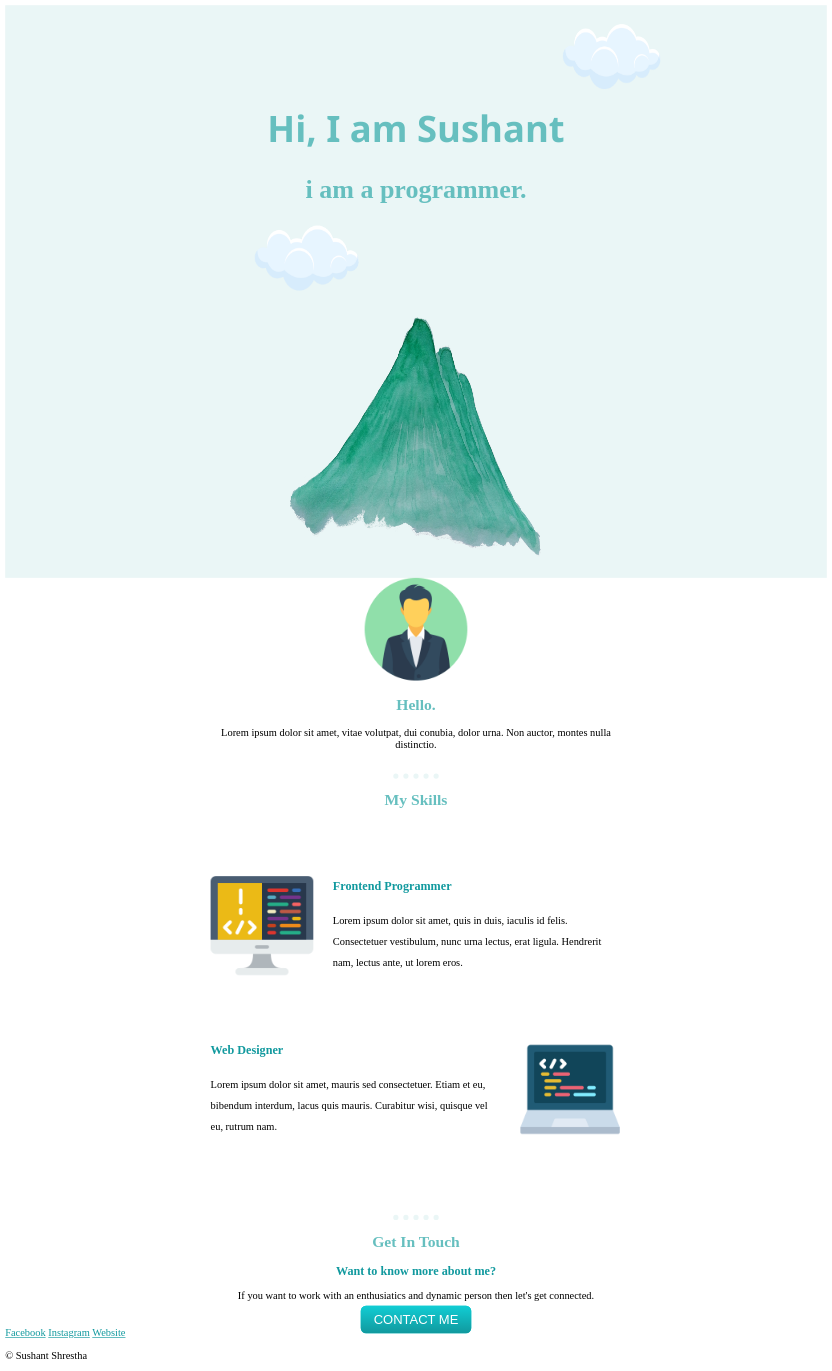
Repository: Sushant203/myPersonalSite
Page: index.html
These files come from the project's save history. The page is drawn as it stood at one moment and after the next save; the edit follows.
The browser window is 1280 px wide. The pictures show the whole page, at 65% of full size.

Above is the page before, as saved 2022-12-13 19:15:13.

After the next save:
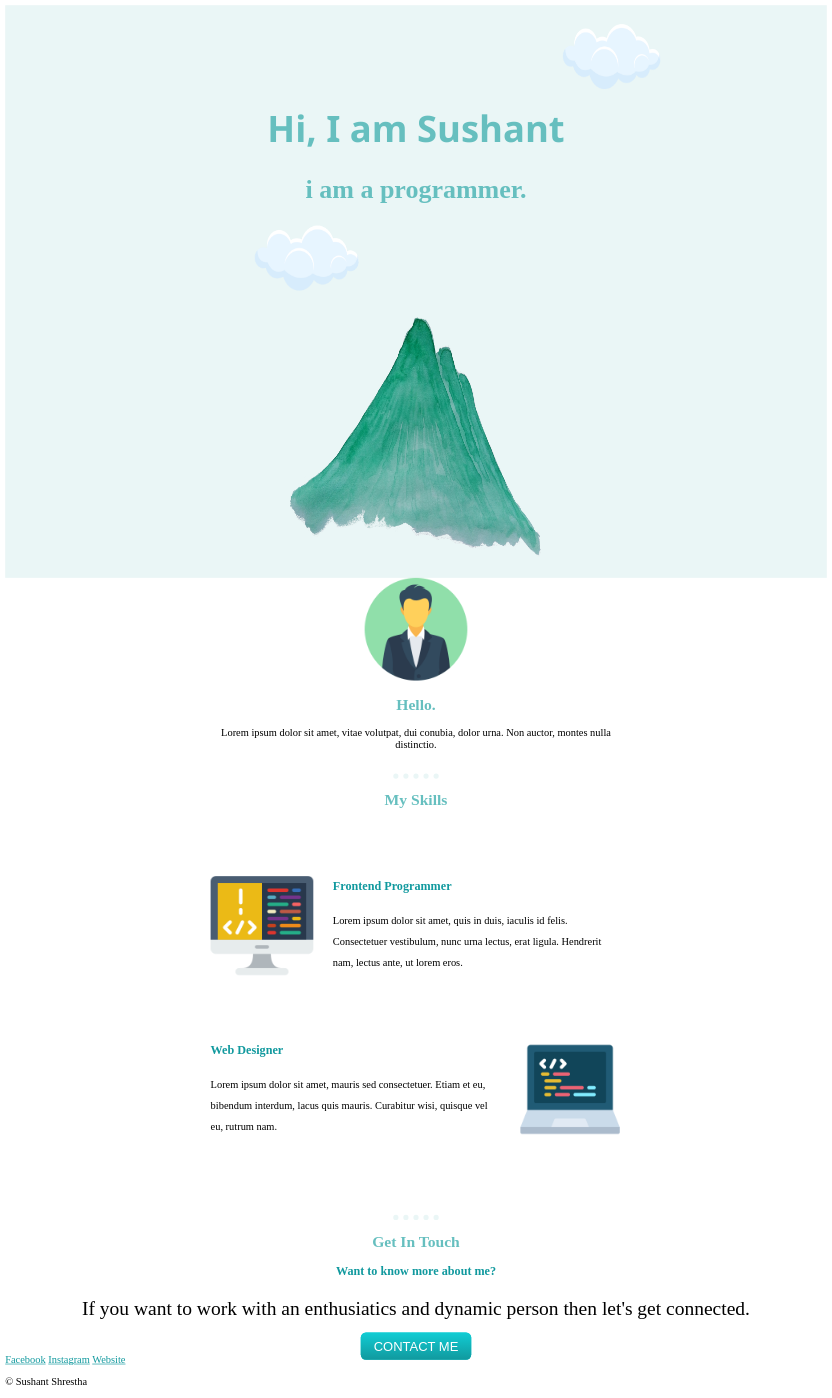
Saved 4 s later.
--- a/css/style.css
+++ b/css/style.css
@@ -118,7 +118,7 @@
     text-align: center;
 }
 .text{
-    font-size: 30;
+    font-size: 30px;
 }
 
 /* BUTTON CSS */

After the save that followed:
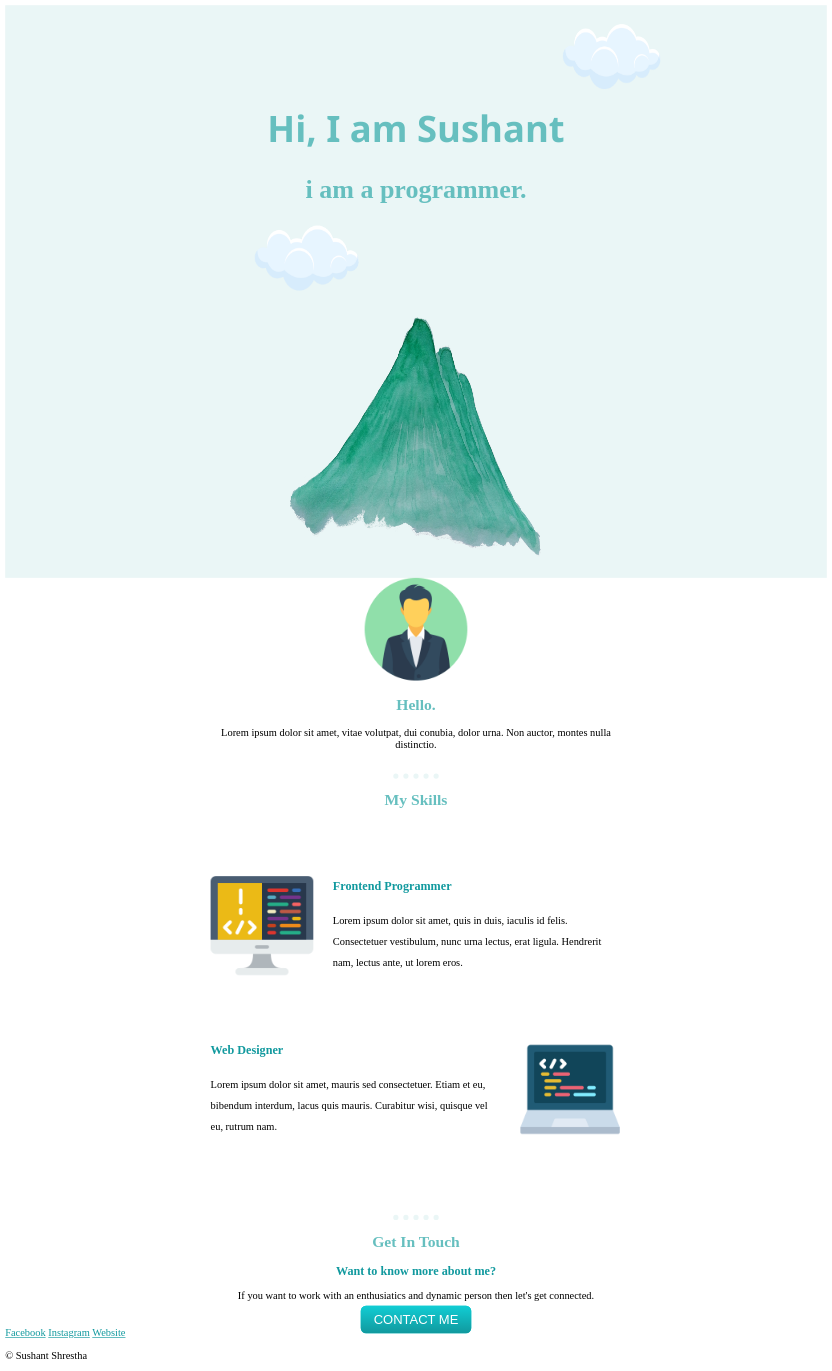
Saved 6 s later.
--- a/css/style.css
+++ b/css/style.css
@@ -118,7 +118,7 @@
     text-align: center;
 }
 .text{
-    font-size: 30px;
+    font-size: 16px;
 }
 
 /* BUTTON CSS */
